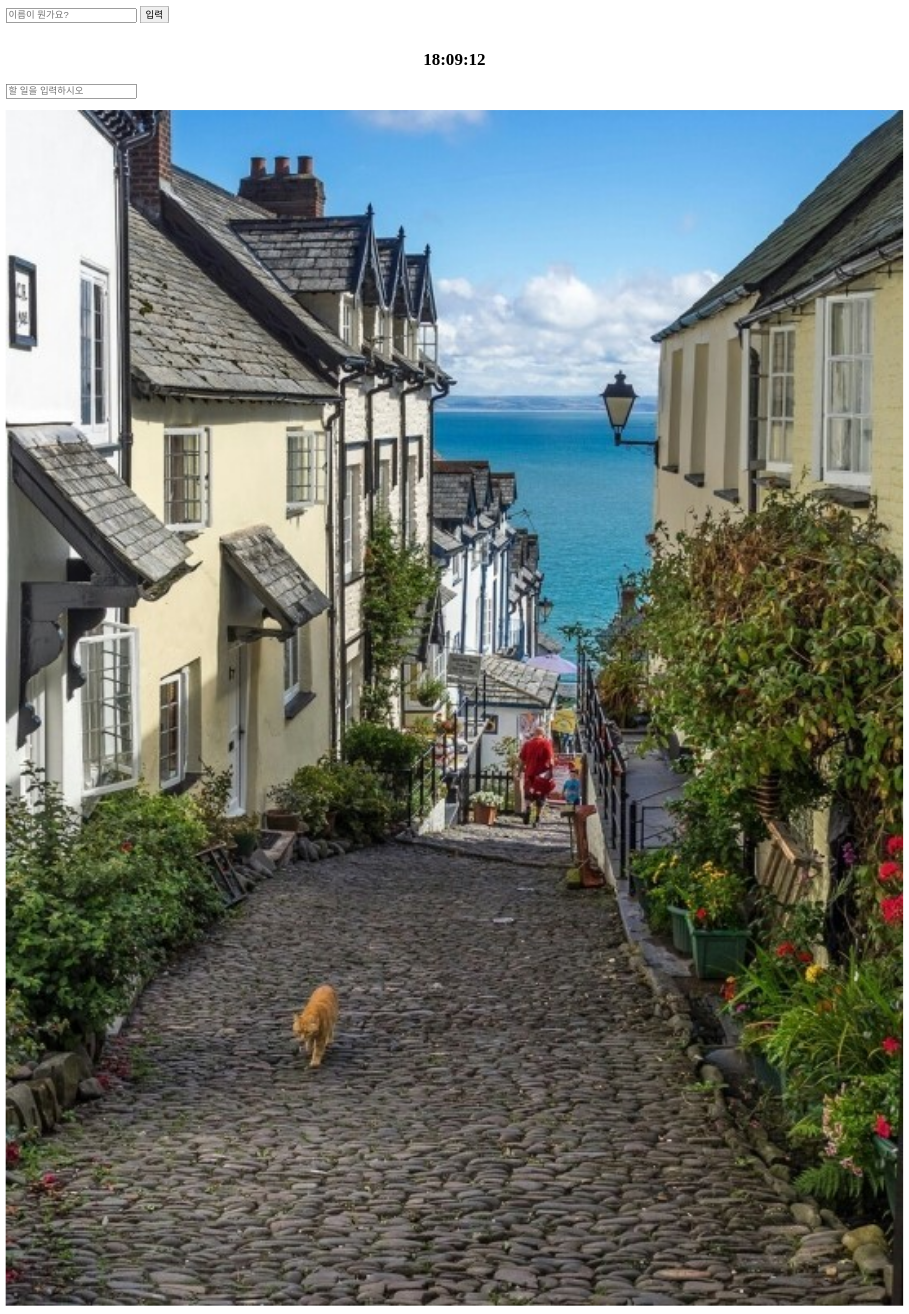
Repository: jun01270/F-E-practice
Page: index.html
The author's editor kept a copy of each file at every save. The page is drawn from the files as they stood at one save, then again after the next save.
The browser window is 1280 px wide. The pictures show the whole page, at 71% of full size.

Above is the page before, as saved 2023-01-09 18:14:24.
Console error: TypeError: Cannot read properties of null (reading 'addEventListener')

After the next save:
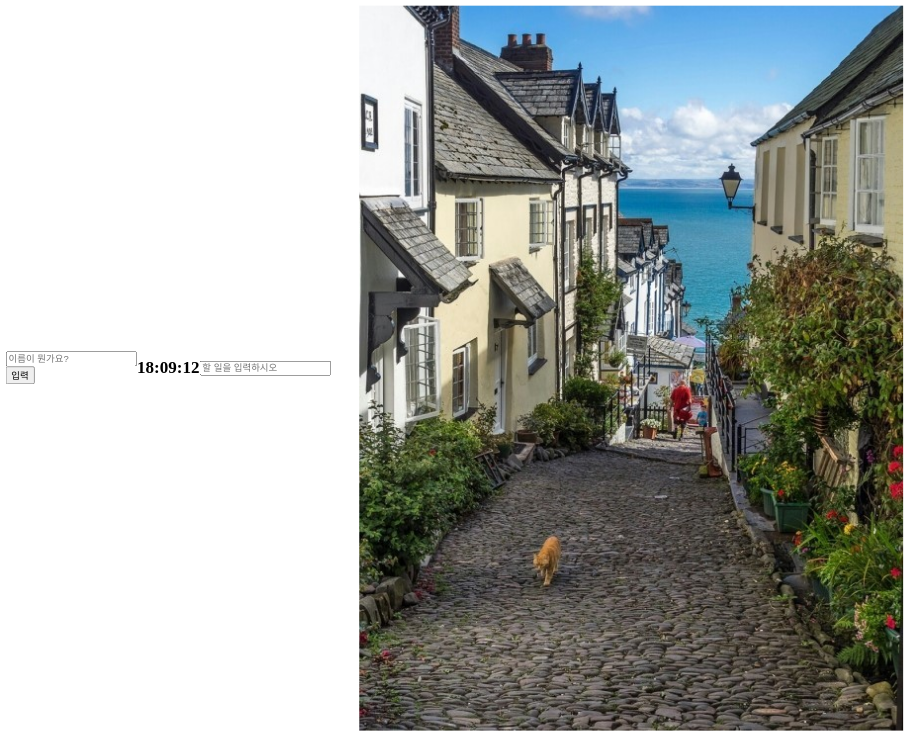
Saved 20 s later.
--- a/css/style.css
+++ b/css/style.css
@@ -7,7 +7,7 @@
   height: 100%;
 }
 
-#clock {
+body {
   display: flex;
   justify-content: center;
   align-items: center;

After the save that followed:
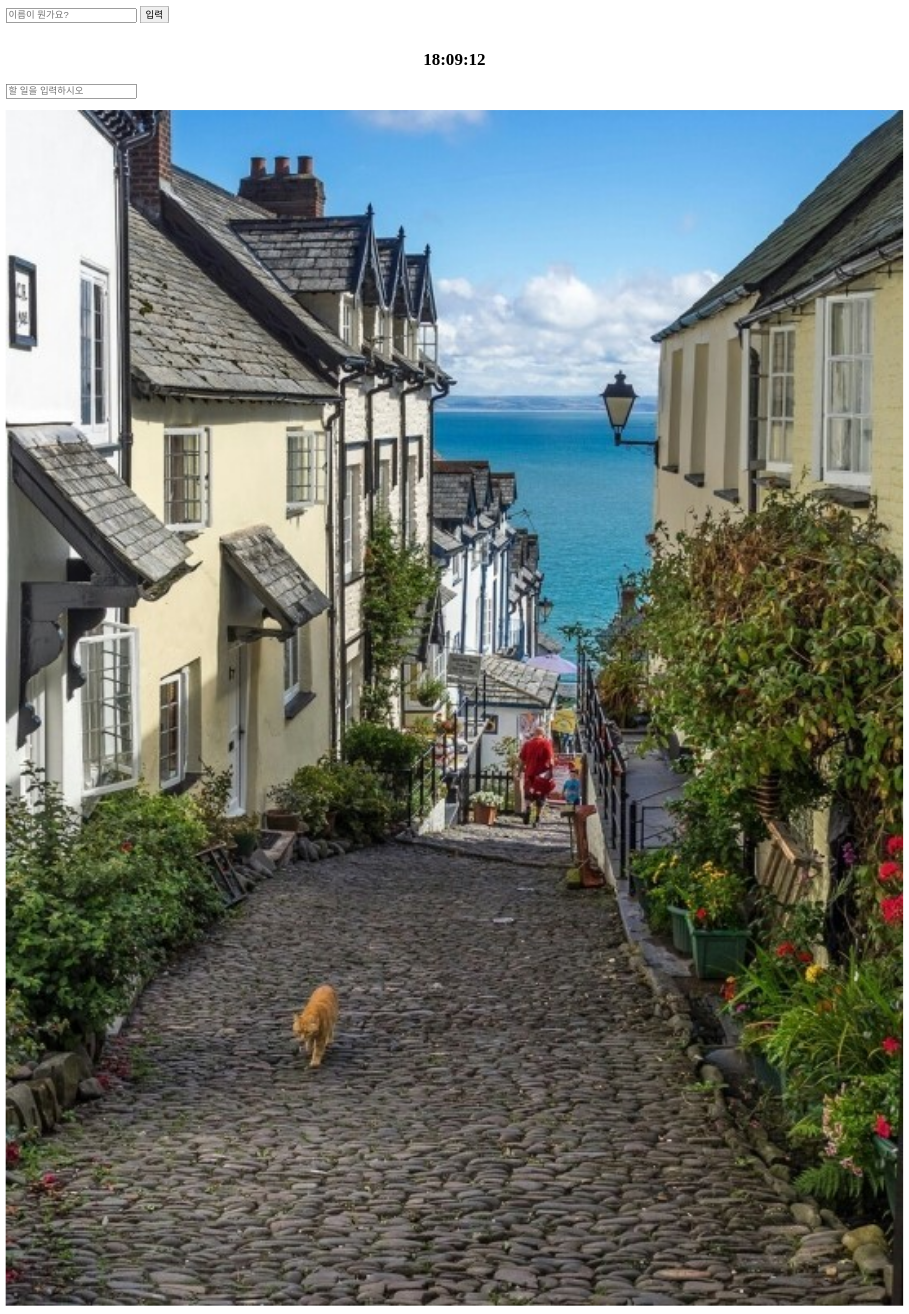
Saved 11 s later.
--- a/css/style.css
+++ b/css/style.css
@@ -7,7 +7,7 @@
   height: 100%;
 }
 
-body {
+#clock {
   display: flex;
   justify-content: center;
   align-items: center;
